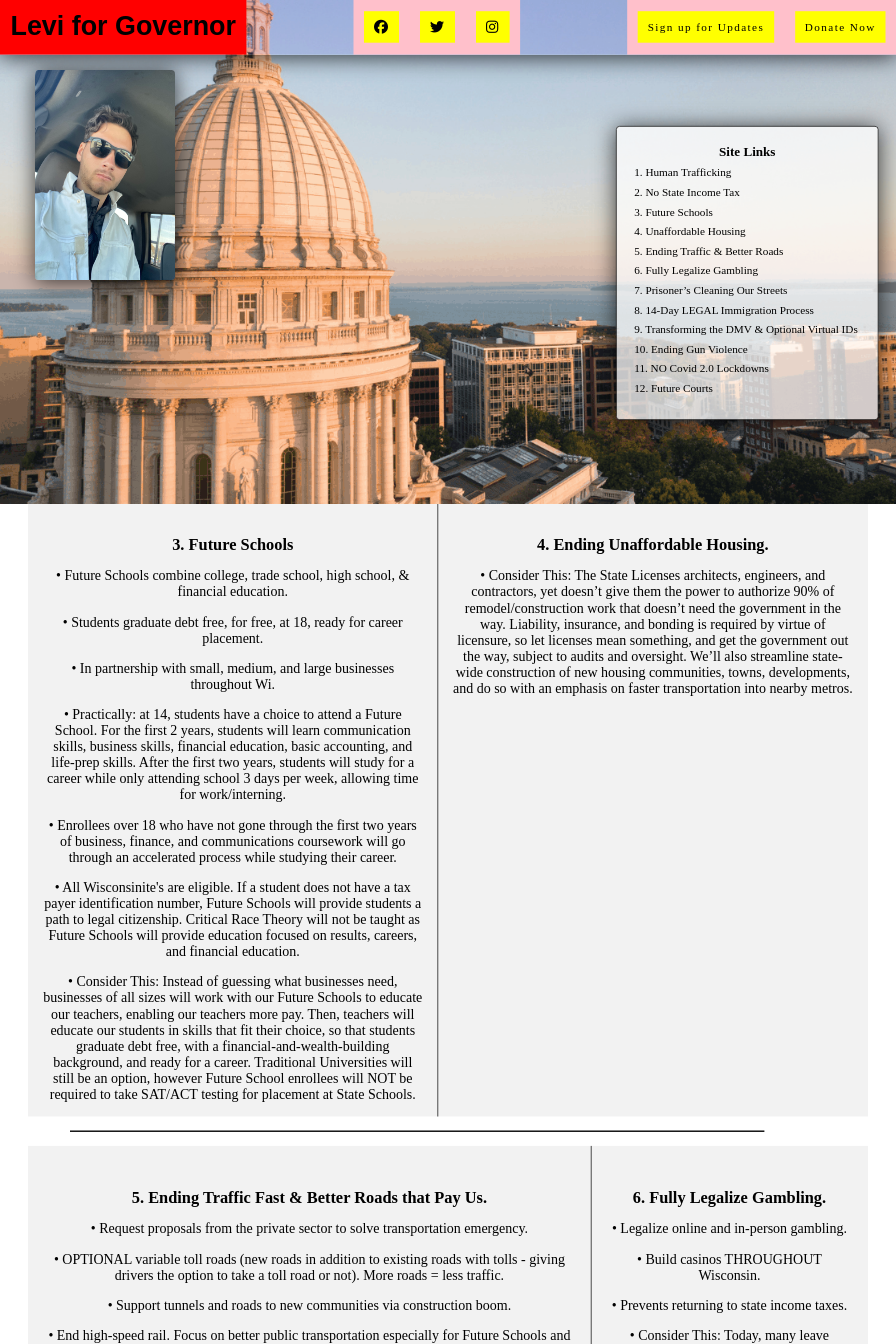
Repository: LeviCB/LeviCB.github.io
Page: index.html
The author's editor kept a record of every edit. The page is drawn from the files as they stood at one moment, then again after the next edit.
The browser window is 1280 px wide. The pictures show the part of the page from y = 0 to 1920 px (the page is 4036 px tall), at 70% of full size.
Some web fonts or font styles are not loaded; a fallback is used. Some web libraries are served in a nearby version.

Above is the page before.
Console error: SyntaxError: Identifier 'head' has already been declared

### index.html
<!DOCTYPE html>
<html>

<head id="head">

  <link type="text/css" rel="stylesheet" href="assets/css/header_style.css"/>
  <link type="text/css" rel="stylesheet" href="assets/css/laptop_style.css"/>
  <link type="text/css" rel="stylesheet" href="assets/css/tablet_style.css"/>
  <link type="text/css" rel="stylesheet" href="assets/css/mobile_style.css"/>
  <link type="text/css" rel="stylesheet" href="assets/css/style.css"/>
  <link type="text/css" rel="stylesheet" href="assets/css/body_style.css"/>
  <link type="text/css" rel="stylesheet" href="assets/css/footer_style.css"/>


  <script src="https://kit.fontawesome.com/570e38c220.js" crossorigin="anonymous"></script>
</head>

<body id="main">
  <div class="scrollTop" onclick="scrollToTop()"></div>
  <header id="header">
    <a href="" class="logo"><strong>Levi for Governor</strong></a>
    <ul id="list">
         <li><a href="#"><i class="fab fa-facebook fa-lg"></i></a></li>
         <li><a href="#"><i class="fab fa-twitter fa-lg"></i></a></li>
         <li><a href="#"><i class="fab fa-instagram fa-lg"></i></a></li>
    </ul>
    <ul>
      <li><a href="">Sign up for Updates</a></li>
      <li><a href="">Donate Now</a></li>
    </ul>
    </div>
  </header>
  <section class="banner" url="/assets/images/wisconsin_capital.png"></section>
  <div id="my-image">
    <img id="my-main-img" src="assets/images/main_image.JPG" alt="Main Image of Levi Borntreger">
  </div>
  <div id="hyper-links">
    <h3>Site Links</h3>
    <a href="#1. Human Trafficking">1. Human Trafficking</a>
    <a href="#2. No State Income Tax">2. No State Income Tax</a>
    <a href="#3. Future Schools">3. Future Schools</a>
    <a href="#4. Unaffordable Housing">4. Unaffordable Housing</a>
    <a href="#5. Ending Traffic & Better Roads">5. Ending Traffic & Better Roads</a>
    <a href="#6. Fully Legalize Gambling">6. Fully Legalize Gambling</a>
    <a href="#7. Prisoner’s Cleaning Our Streets">7. Prisoner’s Cleaning Our Streets</a>
    <a href="#8. 14-Day LEGAL Immigration Process">8. 14-Day LEGAL Immigration Process</a>
    <a href="#9. Transforming the DMV & Optional Virtual IDs">9. Transforming the DMV & Optional Virtual IDs</a>
    <a href="#10. Ending Gun Violence">10. Ending Gun Violence</a>
    <a href="#11. NO Covid 2.0 Lockdowns">11. NO Covid 2.0 Lockdowns</a>
    <a href="#12. Future Courts">12. Future Courts</a>
  </div>
  </div>
  <content>
    <!--for mobile and laptop only-->
    <div class="buttons">
      <ul class="social-buttons">
        <li><a href="#"><i class="fab fa-facebook fa-lg"></i>Facebook</a></li>
        <li><a href="#"><i class="fab fa-twitter fa-lg"></i>Twitter</a></li>
        <li><a href="#"><i class="fab fa-instagram fa-lg"></i>Instagram</a></li>
      </ul>
    </div>
     <!--^^^^for mobile and laptop only^^^^-->
    <div id="content-all">
      <div id="content-wrapper">
        <a name="1. Human Trafficking"></a>
        <a name="2. No State Income Tax"></a>
        <hr style="height: 2px; width: 80%; border: none; background-color: black;">
        <section id="content-text">
          <article id="content">
            <h3>1. Human Trafficking</h3>
            <p>I Promise to all of you that in my first 30 days in office to get a plan put together and in motion to stop human trafficking for good. There's absolutely no reason that today in our society, that any of this is going on, it's a disgrace to humanity.</p>
          </article>
          <hr style="width: 1px; border: none; background-color: black;">
          <article id="content">
            <h3>2. No State Income Tax on the first $200,000 of Income.</h3>
            <h5>Problem</h5>
            <p>Wisconsin's taxes are too high and too much goes to wasteful spending. This leads people to leave Wisconsin to pay lower or no taxes elsewhere and leads to fewer supporters of our Wisconsin businesses.</p>
            <h5>Solution</h5>
            <p> • Removes the Wi State Income Tax on the first $250,000 earned.</p>
            <p>• No Wisconsin tax return required.</p>
            <p>• An approximately 5% flat tax on incomes over $200,000.</p>
            <p>• An INSTANT pay raise for all workers and investors.</p>
            <p>• Funded by streamlining / reducing regulation and red tape throughout Wisconsin. Additionally: legalizing Gambling, Massive Growth, Future School consolidation, & Ending OVERPAYING for services. Private sector can build tunnels at $10 million per mile. ALL Wi projects, in the future, will have 100% public transparency, where we publicly & transparently weigh quality and cost. This ends crony capitalism (backroom deals) and corruption.</p>
          </article>
        </section>
        <a name="3. Future Schools"></a>
        <a name="4. Unaffordable Housing"></a>
        <hr style="height: 2px; width: 80%; border: none; background-color: black;">
        <section id="content-text">
          <article id="content">
            <h3>3. Future Schools</h3>
            <p>• Future Schools combine college, trade school, high school, & financial education.</p>
            <p>• Students graduate debt free, for free, at 18, ready for career placement.</p>
            <p>• In partnership with small, medium, and large businesses throughout Wi.</p>
            <p>• Practically: at 14, students have a choice to attend a Future School. For the first 2 years, students will learn communication skills, business skills, financial education, basic accounting, and life-prep skills. After the first two years, students will study for a career while only attending school 3 days per week, allowing time for work/interning.</p>
            <p>• Enrollees over 18 who have not gone through the first two years of business, finance, and communications coursework will go through an accelerated process while studying their career.</p>
            <p> • All Wisconsinite's are eligible. If a student does not have a tax payer identification number, Future Schools will provide students a path to legal citizenship. Critical Race Theory will not be taught as Future Schools will provide education focused on results, careers, and financial education.</p>
            <p>• Consider This: Instead of guessing what businesses need, businesses of all sizes will work with our Future Schools to educate our teachers, enabling our teachers more pay. Then, teachers will educate our students in skills that fit their choice, so that students graduate debt free, with a financial-and-wealth-building background, and ready for a career. Traditional Universities will still be an option, however Future School enrollees will NOT be required to take SAT/ACT testing for placement at State Schools.</p>
          </article>
          <hr style="width: 1px; border: none; background-color: black;">
          <article id="content">
            <h3>4. Ending Unaffordable Housing.</h3>
            <p>• Consider This: The State Licenses architects, engineers, and contractors, yet doesn’t give them the power to authorize 90% of remodel/construction work that doesn’t need the government in the way. Liability, insurance, and bonding is required by virtue of licensure, so let licenses mean something, and get the government out the way, subject to audits and oversight. We’ll also streamline state-wide construction of new housing communities, towns, developments, and do so with an emphasis on faster transportation into nearby metros.</p>
          </article>
        </section>
        <a name="5. Ending Traffic & Better Roads"></a>
        <a name="6. Fully Legalize Gambling"></a>
        <hr style="height: 2px; width: 80%; border: none; background-color: black;">
        <section id="content-text">
          <article id="content">
            <h3>5. Ending Traffic Fast & Better Roads that Pay Us.</h3>
            <p>• Request proposals from the private sector to solve transportation emergency.</p>
            <p>• OPTIONAL variable toll roads (new roads in addition to existing roads with tolls - giving drivers the option to take a toll road or not). More roads = less traffic.</p>
            <p>• Support tunnels and roads to new communities via construction boom.</p>
            <p>• End high-speed rail. Focus on better public transportation especially for Future Schools and workplaces.</p>
            <p>• Utilizing the “green wave” to coordinate traffic lights and limit traffic will also be implementing.</p>
            <p>• Consider This: The private sector is prepared to help solve Wisconsin’s transportation issues. The problem? The Governor is in the way. Cities and counties don’t want traffic; it hurts them. As Governor, Levi will request public proposals from private companies who will compete against each other for opportunities to fix our transportation nightmare. This might include logical changes to speed limits, lane efficiency, and enhancements to our building processes that enable faster solutions, such as multiple private partnerships providing tunnels throughout the same, where traffic is worst.</p>
          </article>
          <hr style="width: 1px; border: none; background-color: black;">
          <article id="content">
            <h3>6. Fully Legalize Gambling.</h3>
            <p>• Legalize online and in-person gambling.</p>
            <p>• Build casinos THROUGHOUT Wisconsin.</p>
            <p>• Prevents returning to state income taxes.</p>
            <p>• Consider This: Today, many leave Wisconsin to travel, vacation, and gamble elsewhere. Why not do as states should do, become competitive with other states, and provide Wisconsinites and Americans an opportunity to enjoy gambling IN Wisconsin. We welcome Everyone.</p>
          </article>
        </section>
        <a name="7. Prisoner’s Cleaning Our Streets"></a>
        <a name="8. 14-Day LEGAL Immigration Process"></a>
        <hr style="height: 2px; width: 80%; border: none; background-color: black;">
        <section id="content-text">
          <article id="content">
            <h3>7. Prisoner’s Cleaning Our Streets.</h3>
            <p>• Focus on community policing and reintegrating trust with law enforcement and communities.</p>
            <p>• Non-violent inmates in jails/prisons will work community service in neighborhoods they committed crimes in under group supervision. Selected, non-violent inmates who agree to clean our streets will be eligible to go stay at home with family, reducing jail costs, while being monitored to ensure attendance and fulfillment of sentence. Wisconsin has over 23,000 prisoner's and spends over $30,000 per prisoner per year on housing Prisoners. This is backwards. Prisoners should contribute to our society, society shouldn’t contribute to them.</p>
            <p>• Inmates will clean our streets, roads, towns/cities, and remove graffiti.</p>
            <p>• Option to attend Future Schools to prevent recidivism.</p>
            <p>• Focus on training, social support, and community, with a focus on growth. For example, restrictive alcohol enforcement on businesses cripples business.</p>
          </article>
          <hr style="width: 1px; border: none; background-color: black;">
          <article id="content">
            <h3>8. 14-Day LEGAL Immigration Process.</h3>
            <p>• Wisconsin will establish a process for fast-tracked LEGAL immigration. Our “illegal” immigration crisis is a result of a HORRIBLE, out-dated, and criminalizing immigration disaster. A 14-day legal immigration process helps us attract not just refugees, but also qualified immigrants who can support and contribute to our economy. Legal immigration does not cost Wisconsin jobs, it expands our economy and grows our revenues. Consider this: A CPA who moves to Wisconsin from Brazil, who agrees not to accept any social-welfare programs, needs a dentist, doctor, grocery store, taxi driver, retail stores, and more. For each person who legally immigrants to Wisconsin, we expect economic growth for 10+ Wisconsinite's.</p>
            <p>• Every mid to low income Immigrant will need to have a job lined up. They will get a temporary 2 year Citizenship and will have to attend a future school on the side to learn English etc. If they still have a job and no criminal activities they will be granted full Citizenship.</p>
            <p>Additionally and on Manufacturing:</p>
            <p>• Wisconsin will also partner with companies providing access to Future Schools.</p>
            <p>• This allows companies to train students prior to graduating Future Schools, making them career ready at 18.</p>
          </article>
        </section>
        <a name="9. Transforming the DMV & Optional Virtual IDs"></a>
        <a name="10. Ending Gun Violence"></a>
        <hr style="height: 2px; width: 80%; border: none; background-color: black;">
        <section id="content-text">
          <article id="content">
            <h3>9. Transforming the DMV & Optional Virtual IDs.</h3>
            <p>• Virtual IDs and Registrations w/ QR coded downloads. Virtual IDs would be OPTIONAL - so printed QR or full-versions would still be available on an OPT-IN basis (default being virtual, but for those desiring physical, the option would be available).</p>
            <p>• Privatizing license plates, driver tests, and vision tests.</p>
            <p>• Speed cameras & virtual tickets; less traffic stops via officer virtual traffic stops & ticketing.</p>
            <p>• Instant options to dispute or pay tickets via a new Wisconsin App.</p>
          </article>
          <hr style="width: 1px; border: none; background-color: black;">
          <article id="content">
            <h3>10. Ending Gun Violence.</h3>
            <p> • Wisconsin should focus less on restrictions for legal weapon owners, and instead focus more resources on weapon education, mental Health services, therapy access especially for those uninsured or underinsured, and teaching mental-wellness in our schools to prevent the stigmatization of mental-health illnesses in Wisconsin.</p>
            <p>• Those who are trained and background checked SHALL have more rights in Wisconsin. We’re moving towards MORE rights and freedoms in Wisconsin, not less.</p>
            <p>• Tiered licenses for individuals with weapons training.</p>
            <p>• Granting more privileges like concealed carry to more folks who are trained and background checked. This would be the first expansion of Gun Rights Wisconsin has seen in decades.</p>
          </article>
        </section>
        <a name="11. NO Covid 2.0 Lockdowns"></a>
        <a name="12. Future Courts"></a>
        <hr style="height: 2px; width: 80%; border: none; background-color: black;">
        <section id="content-text">
          <article id="content">
            <h3>11. NO Covid 2.0 Lockdowns.</h3>
            <h4>Covid:</h4>
            <p>Vaccines are a choice. Masks are a choice. Businesses shall have the right to remain OPEN — however, reasonable “HEPA-filtration” and ventilation requirements may be an option, but we will NOT have lockdowns again.</p>
          </article>
          <hr style="width: 1px; border: none; background-color: black;">
          <article id="content">
            <h3>12. Future Courts.</h3>
            <p>• Small claims limits raised to $100,000.</p>
            <p>• New Small Claims Advisor Counsel license taught at Future Schools.</p>
            <p>• Speeding up the legal system by investing in our courts.</p>
          </article>
        </section>
      </div>
    </div>
  </content>
<foot>
  <div id="foot">
    <div id="address">
      <h3>Levi for Governor</h3>
      <h3>1712 Prima Lago Ter</h3>
      <h3>Lakeland, FL. 33810</h3>
    </div>
    <div id="contact">
      <h3>Contact Me</h3>
      <h3>715~660~6693</h3>
      <H3>LeviForGovernor@gmail.com</h3>
    </div>
  </div>
</foot>
<script type="text/javascript" src="assets/js/main.js"></script>
<script>
  /*start of header magic*/
const head = document.querySelector("#header");

window.onscroll = function () {
  var top = window.scrollY;
  if (top >= 5) {
    head.classList.add("active");
  } else {
    head.classList.remove("active");
  }
};
/*end of header magic*/

/*start of navtext color change on scroll*/
window.addEventListener("scroll", function() {
        var header = document.querySelector("header");
        header.classList.toggle("sticky", window.scrollY> 0);
      });
/*end of navtext color change on scroll*/

/*start of scrollTop*/
window.addEventListener('scroll', function(){
    var scroll = document.querySelector('.scrollTop');
    scroll.classList.toggle("active" , window.scrollY > 500)
  })

  function scrollToTop(){
    window.scrollTo({
      top: 0,
      behavior: 'smooth'
    })
  }
/*end of scrollTop*/
</script>
</body>
<footer id="footer">
  <div id="copyright">
    <h3>Paid for and Approved by Levi Borntreger for Governor</h3>
    <h3>Copyright 2021 — Levi for Governor. All rights reserved.</h3>
  </div>
</footer>

</html>

### assets/css/style.css
@import url('https://fonts.googleapis.com/css?family=Hammersmith+One');

/*
$desktop: 1200px;
$laptop: 1024px;
$tablet: 768px;
$phone: 480px;
*/

@media only screen and (max-width:1024px) and (min-width: 768px) {
  body {
    background-color:;
  }
  #hyper-links {
    background-color: blue;
  }
  #content-text {
    flex-direction: column;
  }
  #content-wrapper {
    display: flex;
    column-gap: 40px;
    flex-direction: column;
    flex-wrap: wrap;
    width: 100%;
  }
}
@media only screen and (max-width:768px) and (min-width: 480px) {
  body {
    background-color: pink;
  }
  #social {
    display: none;
  }
  #hyper-links {
    background-color: blue;
    box-shadow: 0 3px 2rem rgba(0,0,0,.75);
    width: 375px;
    height: 500px;
    position: absolute;
    padding: 50px;
    display: flex;
    border: 1px black solid;
    flex-direction: column;
    z-index: 1;
    left: 0px;
    top: 0px;
    bottom: 0px;
    right: 0px;
    margin: auto;
    margin-top: 60px;
    margin-right: 25px;
    border-radius: 5px;
}
  #content-wrapper {
    font-size: 5px;
  }
}
@media only screen and (max-device-width:480px) and (min-width:200px) {
  body {
  }
  header {
    height: 100px !important;
  }
  header ul li a {
    font-size: 22px !important;
    margin: 0 15px;
    padding-top: 10px;
}
  #my-image {
    margin-top: 150px !important;
  }
  #hyper-links {
    font-size: 30px;
    min-width: 575px;
    min-height: 950px;
}
  #hyper-links h3 {
    padding: 15px !important;
}
  #hyper-links a {
    padding: 15px !important;
    font-weight: 500px !important;
}
  .scrollTop {
  bottom: 150px !important;
  right: 75px !important;
  width: 85px !important;
  height: 85px !important;
  background-size: 60px !important;
}
  #content-wrapper {
    font-size: 30px !important;
  }
}
* {
  margin: 0px;
  padding: 0px;
  box-sizing: border-box;
}

body {
  min-height: 100vh;
}
#my-main-img {
  width: 200px;
  height: 300px;
  border-radius: 5px;
  box-shadow: 0 3px 2rem rgba(0,0,0,.75);
}
#my-image {
  position: absolute;
  z-index: 1;
  left: 0px;
  top: 0px;
  bottom: 0px;
  right: 0px;
  margin-top: 100px;
  margin-left: 50px;
}

/*start nav section*/
header {
  position: fixed;
  background: rgba(0, 0, 255, 0.1);
  box-shadow: 0 3px 2rem rgba(0,0,0,.75);
  width: 100%;
  display: flex;
  height: 78px;
  top: 0px;
  left: 0px;
  align-items: center;
  justify-content: space-between;
  z-index: 10;
}
header.sticky {
  color: white;
}
header.active {
  background-color: rgba(0,0,100,1.00);
  transition: 1.0s;
  box-shadow: 0 3px 2rem rgba(0,0,0,.75);
  height: 4.0rem;
}
header .logo {
  background-color: red;
  position: relative;
  width: auto;
  height: 78px;
  padding: 15px;
  font-size: 3vw;
  justify-content: center;
  align-items: center;
  color: black;
  text-decoration: none;
  font-family: "Hammersmith One", sans-serif;
  transition: 0.6s;
}
header ul {
  background-color: pink;
  position: relative;
  display: flex;
  width: auto;
  height: 78px;
  padding: inherit;
  margin-right: 0px;
  justify-content: center;
  align-items: center;
}
header ul #social li a {
  background-color: yellow;
  position: relative;
  margin: 0 15px;
  padding: 14px;
  text-decoration: none;
  color: black;
  letter-spacing: 2px;
  font-weight: 500px;
  transition: 0.6s;
}
header ul li {
  position: relative;
  list-style: none;
}
header ul li a {
  background-color: yellow;
  position: relative;
  margin: 0 15px;
  padding: 14px;
  text-decoration: none;
  color: black;
  letter-spacing: 2px;
  font-weight: 500px;
  transition: 0.6s;
}
header.sticky .logo,
header.sticky ul li a {
  color: white;
}
header.sticky ul li a:hover {
  background: rgba(0,0,145,1.00);
  border: 1.5px white solid;
  padding: 10px;
  border-radius: 10px;
}
header ul li a:hover {
  background: rgba(0,0,100,1.00);
  color: white;
  padding: 10px;
  border-radius: 10px;
}
/*end nav section*/
.scrollTop {
  position: fixed;
  bottom: 800px;
  right: 40px;
  width: 60px;
  height: 60px;
  background: #fff url(/assets/images/arrow-up-blue.jpg);
  border-radius: 50%;
  background-size: 40px;
  background-position: center;
  background-repeat: no-repeat;
  cursor: pointer;
  z-index: 10000;
  visibilty: hidden;
  opacity: 0;
  transition: 0.5s;
}
.scrollTop.active {
  visibilty: visibilty;
  opacity: 1;
  bottom: 40px;
  border: 1px black solid;
}
#hyper-links {
  background-color: rgba(255, 255, 255, .75);
  box-shadow: 0 3px 2rem rgba(0,0,0,.75);
  width: 375px;
  max-height: 420px;
  position: absolute;
  padding: 20px;
  display: flex;
  border: 1px black solid;
  flex-direction: column;
  z-index: 1;
  left: 0px;
  top: 60px;
  bottom: 0px;
  right: 0px;
  margin: auto;
  margin-top: px;
  margin-right: 25px;
  border-radius: 5px;
}
#hyper-links h3 {
  padding: 5px;
  margin: 0px;
  text-align: center;
}
#hyper-links a {
  color: black;
  padding: 5px;
  text-decoration: none;
}
#hyper-links a:hover {
  color: white;
  border: 1px solid black;
  background-color: rgba(0, 0, 0, .50);
}
#content h3 {
  color: black;
  padding-top: 60px;
}
#content-all {
  margin: 0px;
  padding: 20px;
}
#content-wrapper {
  font-size: 20px;
  display: flex;
  column-gap: 40px;
  flex-direction: row;
  flex-wrap: wrap;
  width: 100%;
}
#content-text {
  padding: 20px;
  display: flex;
}
#content {
  background-color: rgba(0, 0, 0, .05);
  padding: 0px 20px 20px 20px;
  text-align: center;
}
#content p {
  padding-top: 20px;
}

#foot {
  background-color: rgba(0,0,100,1.00);
  box-shadow: 0 3px 2rem rgba(0,0,0,.75);
  display: flex;
  margin: 0px;
  padding: 0px;
  height: 150px;
  width: 100%;
  justify-content: space-around;
}
#foot #address {
  margin-top: 30px;
}
#foot #address H3{
  color: white;
  padding: 5px;
}
#foot #contact {
  margin-top: 30px;
}
#foot #contact H4,
#foot #contact H3{
  color: white;
  padding: 5px;
}
#footer {
  margin: 0px;
  padding: 0px;
  height: 75px;
  display: flex;
  background-color: rgba(0,0,100,1.00);
  border-top: 2px black solid;
  justify-content: center;
}
#footer #copyright {
}
#footer #copyright h4 {
  color: white;
  margin-top: 15px;
}

Loaded but not shown: assets/js/main.js (33 lines, source omitted); assets/css/header_style.css (76 lines, source omitted); assets/css/mobile_style.css (60 lines, source omitted); assets/css/tablet_style.css (42 lines, source omitted); assets/css/footer_style.css (44 lines, source omitted); assets/css/laptop_style.css (26 lines, source omitted); assets/css/body_style.css (7 lines, source omitted)

After the next edit:
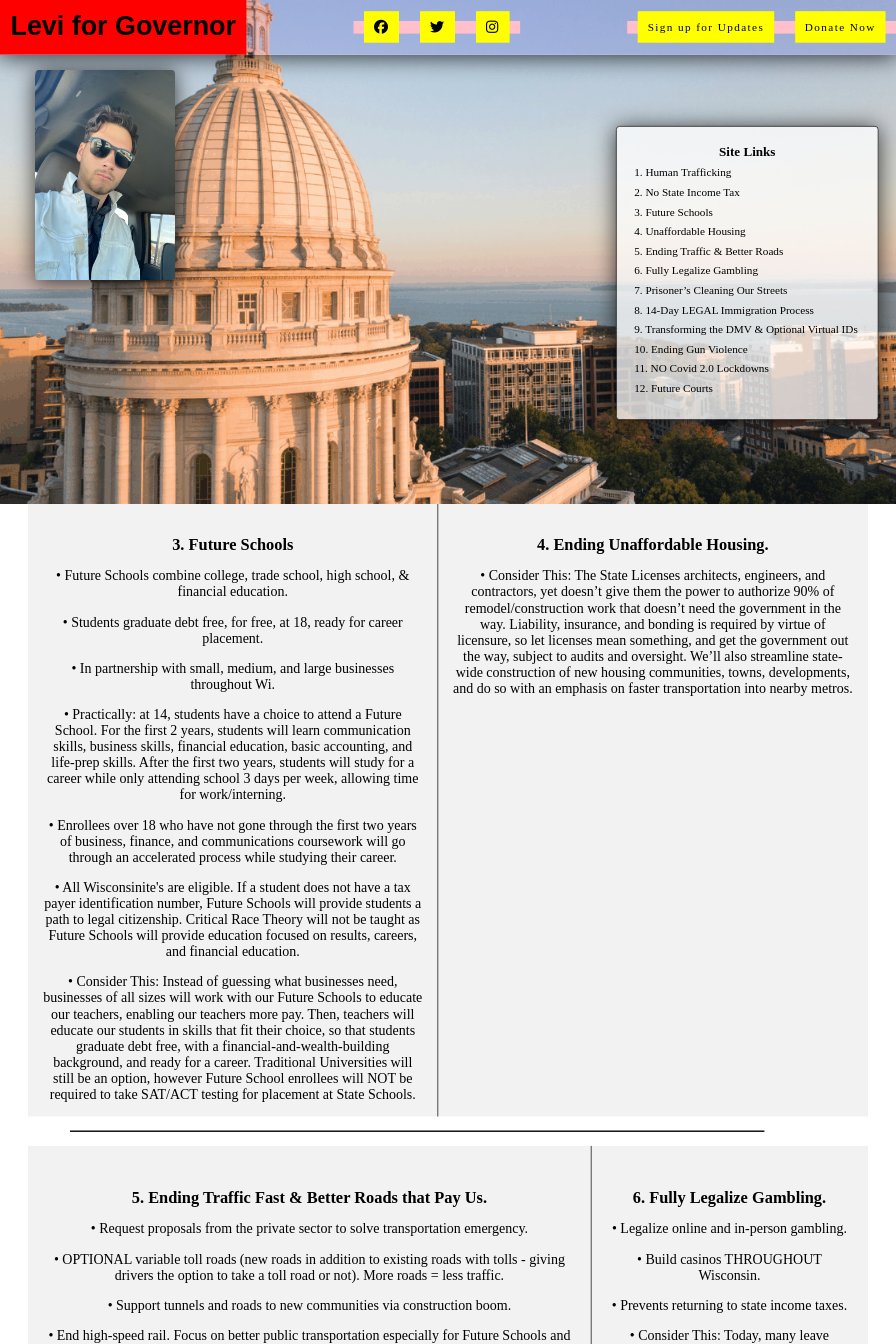
The edit:
--- a/assets/css/style.css
+++ b/assets/css/style.css
@@ -161,7 +161,6 @@
   position: relative;
   display: flex;
   width: auto;
-  height: 78px;
   padding: inherit;
   margin-right: 0px;
   justify-content: center;
